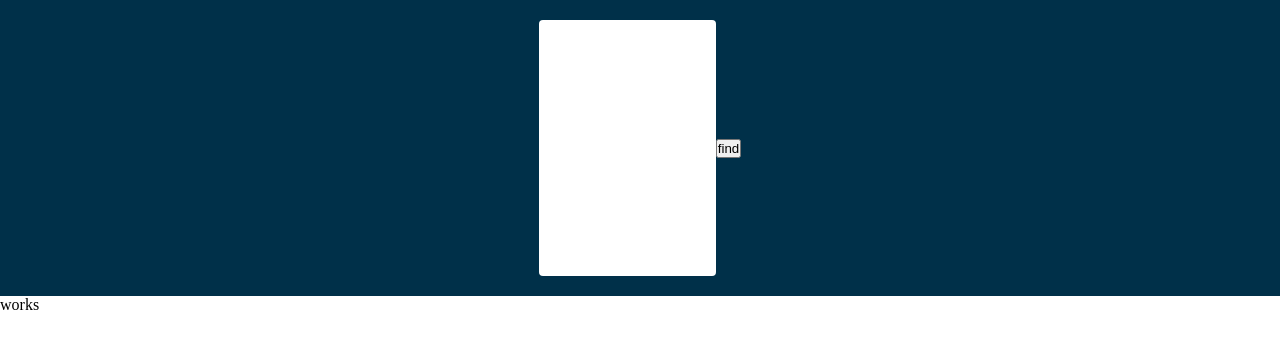
Repository: rutsguifd/uni
Page: / (app in filmhub-react/)
The author's editor kept a copy of each file at every save. The page is drawn from the files as they stood at one save, then again after the next save.
The browser window is 1280 px wide. The pictures show the whole page.
The page's requests for data from a server got no answer. The project was rebuilt for these pictures with package versions that can differ from the ones it lists, and the page was loaded fresh each time. No one was signed in, and anything a server would have sent is missing.

Above is the page before, as saved 2022-04-12 17:40:57.

### filmhub-react/src/index.js
import React from "react";
import ReactDOM from "react-dom";
import { Provider } from "react-redux";
import App from "./App";
import { store } from "./store"

ReactDOM.render(
  <React.StrictMode>
    <Provider store={store}>
      <App />
    </Provider>
  </React.StrictMode>,
  document.getElementById("root")
);

### filmhub-react/src/App.js
import axios from "axios";
import { useEffect } from "react";
import Header from "./components/Header";
import './styles/App.scss'

function App() {
  const fetch = () => {
    axios.get('http://www.omdbapi.com/?apikey=c4183736&s=superman&page=2')
  .then((response)=>console.log(response.data));
  }
    useEffect(()=>{fetch()},[])
  return (
    <div className="App">
    <Header/>
      works
    </div>
  );
}

export default App;

### filmhub-react/src/store/index.js
import { combineReducers, createStore } from "redux";
import { composeWithDevTools } from "redux-devtools-extension";
import { fetchDataReducer } from "./fetchDataReducer";
const rootReducer = combineReducers({
    fetchDataReducer
})

export const store = createStore(rootReducer, composeWithDevTools())

### filmhub-react/src/components/Header.jsx
import React, { useState } from "react";
import { useDispatch } from "react-redux";
import "../styles/Header.scss"
import MyInput from "./UI/MyInput/MyInput";

const Header = () => {
  const [searchQuery, setSearchQuery] = useState("");
  const dispatch = useDispatch();
  const fetchData = (e) => {
      e.preventDefault()
      dispatch({type: "FETCH_SEARCH_MOVIE", payload: searchQuery})
      setSearchQuery("")
  }
  //const a = useSelector((state)=>state.fetchDataReducer.movies)
  return (
    <div className="header">
      <form>
        <MyInput
          value={searchQuery}
          onChange={(e) => setSearchQuery(e.target.value)}
        />
        <button onClick={fetchData}>find</button>
      </form>
    </div>
  );
};

export default Header;

### filmhub-react/src/store/fetchDataReducer.js
import axios from "axios";

const initialState = {
    movies: []
};

const FETCH_SEARCH_MOVIE = "FETCH_SEARCH_MOVIE";
async function fetchSearchMovie(searchQuery) {
    await axios.get(`http://www.omdbapi.com/?apikey=c4183736&s=${searchQuery}`)
    .then((response)=>response.data)
    .then((data) => console.log(data))
    ;
}

export const fetchDataReducer = (state = initialState, action) => {
    switch(action.type) {
        case FETCH_SEARCH_MOVIE:
            return {...state, movies: [...state.movies, fetchSearchMovie(action.payload)]}
        default:
            return state;
    }
}

### filmhub-react/src/styles/Header.scss
.header{
    display: flex;
    padding: 20px;
    justify-content: center;
    align-items: center;
    background-color: #003049;
}

### filmhub-react/src/components/UI/MyInput/MyInput.jsx
import React from 'react'
import classes from './MyInput.module.scss'

const MyInput = (props) => {
  return (
    <input {...props} className={classes.input}/>
  )
}

export default MyInput

### filmhub-react/src/components/UI/MyInput/MyInput.module.scss
.input{
    height: 20vw;
    border-radius: 4px;
    border: none;
}

Loaded but not shown: filmhub-react/public/index.html (common file); filmhub-react/src/styles/App.scss (common file)

After the next save:
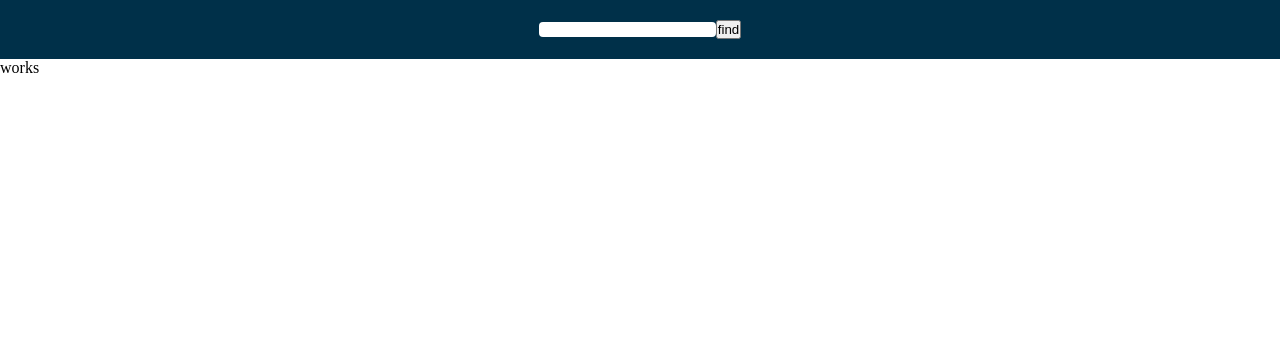
Saved 8 s later.
--- a/filmhub-react/src/components/UI/MyInput/MyInput.module.scss
+++ b/filmhub-react/src/components/UI/MyInput/MyInput.module.scss
@@ -1,5 +1,5 @@
 .input{
-    height: 20vw;
+    height: 20hv;
     border-radius: 4px;
     border: none;
 }
